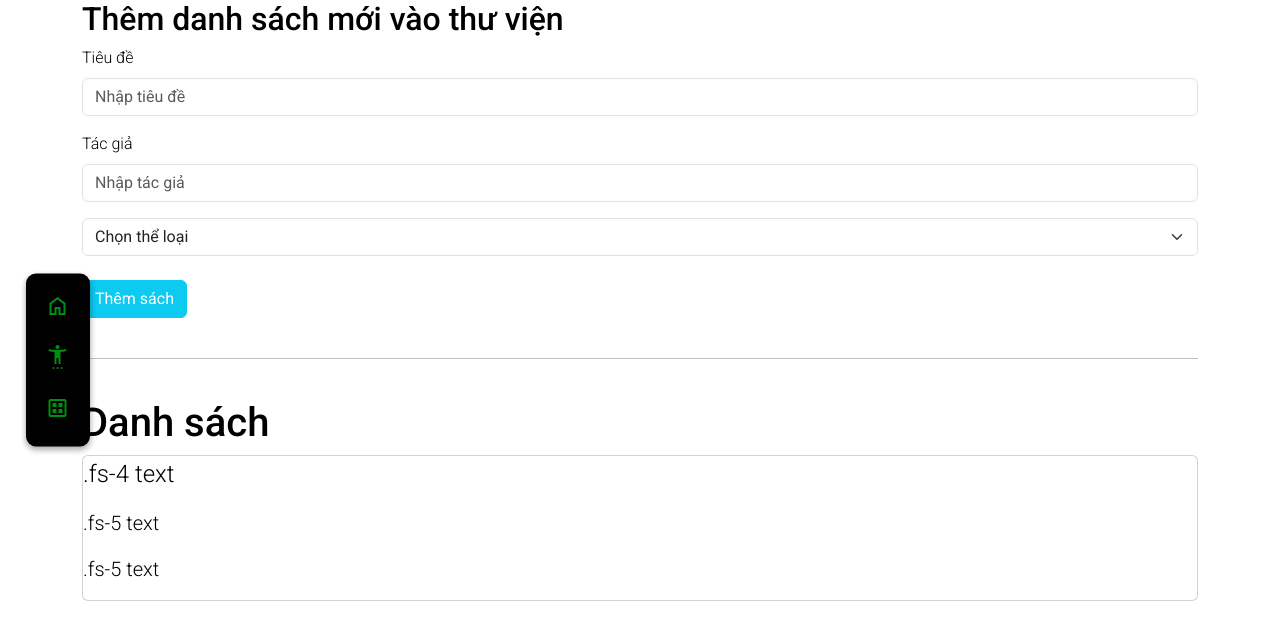
Repository: tuankiet10920/homeworkFEF
Page: /about
These files come from the project's save history. The page is drawn as it stood at one moment and after the next save; the edit follows.
The browser window is 1280 px wide. The pictures show the whole page.
The project was rebuilt for these pictures with package versions that can differ from the ones it lists, and the page was loaded fresh each time. Also part of the build but not shown: vite.config.js, src/views/HomeView.vue. Imported but missing from the stored project, and not drawn on this page: src/assets/audio/intro.mp3.

Above is the page before, as saved 2024-10-24 11:16:35.

After the next save:
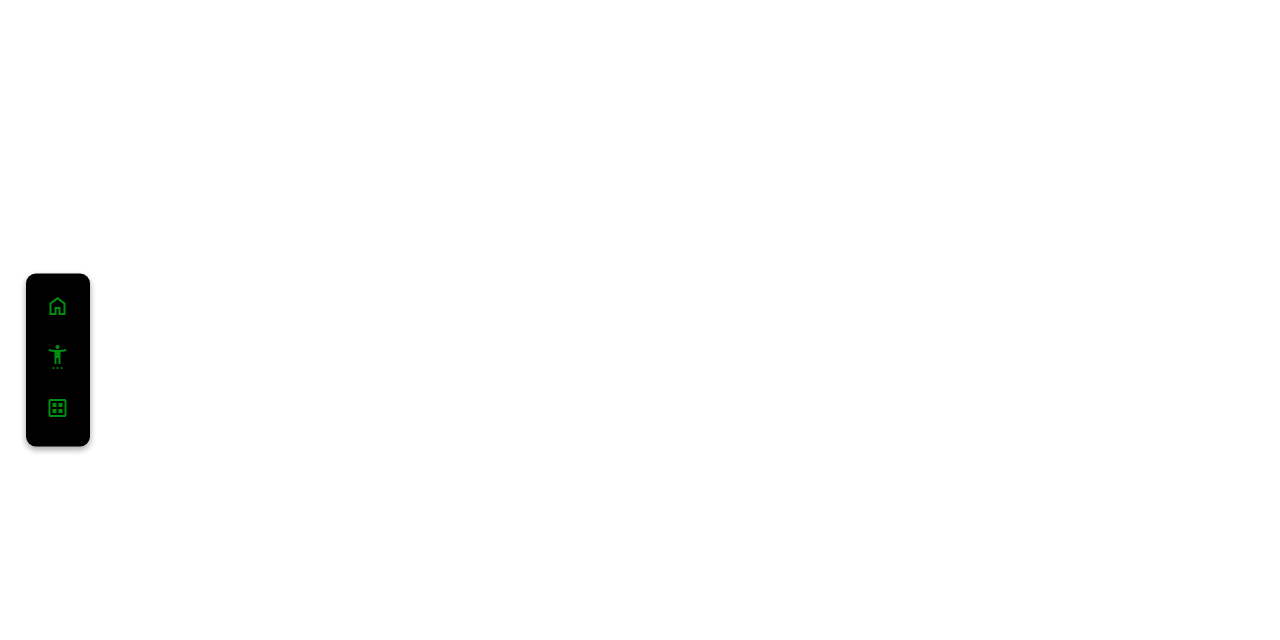
Console error: ReferenceError: ref is not defined
Saved 16 min 17 s later.
--- a/src/Labs/Lab4/Bai1.vue
+++ b/src/Labs/Lab4/Bai1.vue
@@ -1,4 +1,31 @@
-<script setup></script>
+<script setup>
+import { computed } from 'vue'
+
+const types = ref([
+  {
+    id: 1,
+    name: 'Tiểu thuyết',
+  },
+  {
+    id: 2,
+    name: 'Phi hư cấu',
+  },
+  {
+    id: 3,
+    name: 'Khoa học',
+  },
+  {
+    id: 4,
+    name: 'Lịch sử',
+  },
+  {
+    id: 5,
+    name: 'Phát triển bản thân',
+  },
+])
+
+const listKinds = computed(() => {})
+</script>
 <template>
   <div class="container">
     <form>

After the 2 saves that followed:
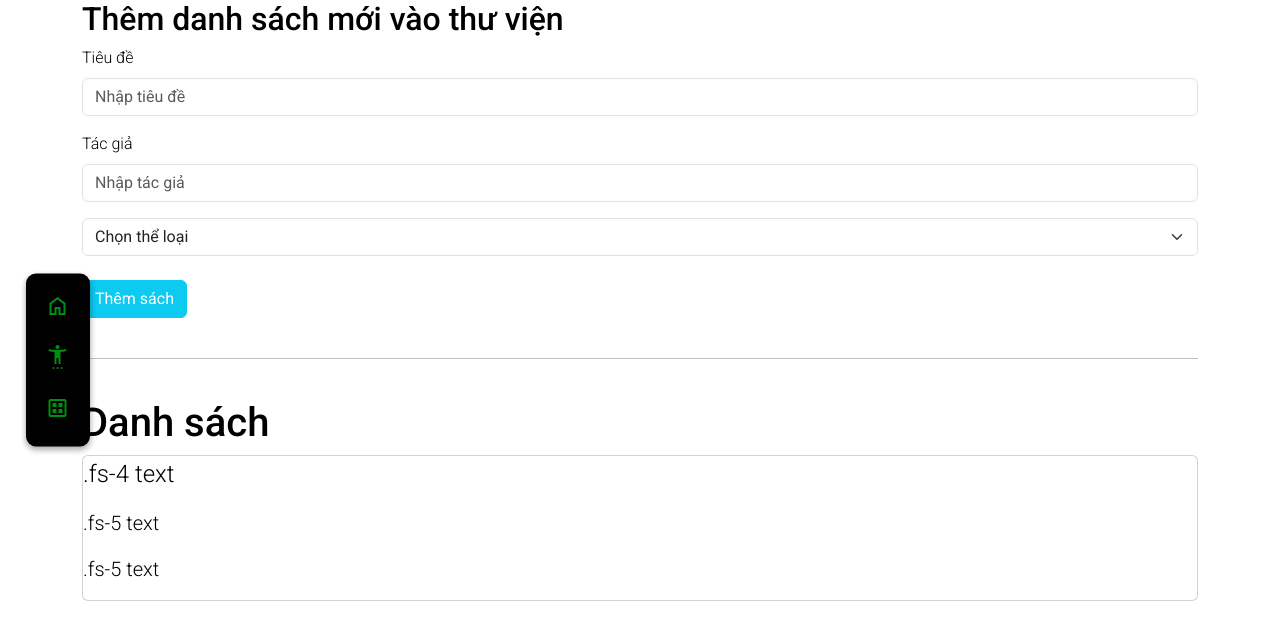
The error is gone.
The 2 saves are shown as one change because 1 left the picture as it was.
The last was saved 2 min 31 s later.
--- a/src/Labs/Lab4/Bai1.vue
+++ b/src/Labs/Lab4/Bai1.vue
@@ -1,5 +1,5 @@
 <script setup>
-import { computed } from 'vue'
+import { ref } from 'vue'
 
 const types = ref([
   {
@@ -23,8 +23,6 @@
     name: 'Phát triển bản thân',
   },
 ])
-
-const listKinds = computed(() => {})
 </script>
 <template>
   <div class="container">
@@ -50,11 +48,9 @@
       </div>
       <select class="form-select" aria-label="Thể loại">
         <option selected>Chọn thể loại</option>
-        <option value="1">Tiểu thuyết</option>
-        <option value="2">Phi hư cấu</option>
-        <option value="3">Khoa học</option>
-        <option value="3">Lịch sử</option>
-        <option value="3">Phát triển bản thân</option></select
+        <option v-for="type in types" :value="type.id">
+          {{ type.name }}
+        </option></select
       ><br />
       <button type="button" class="btn btn-info text-white">Thêm sách</button>
     </form>
